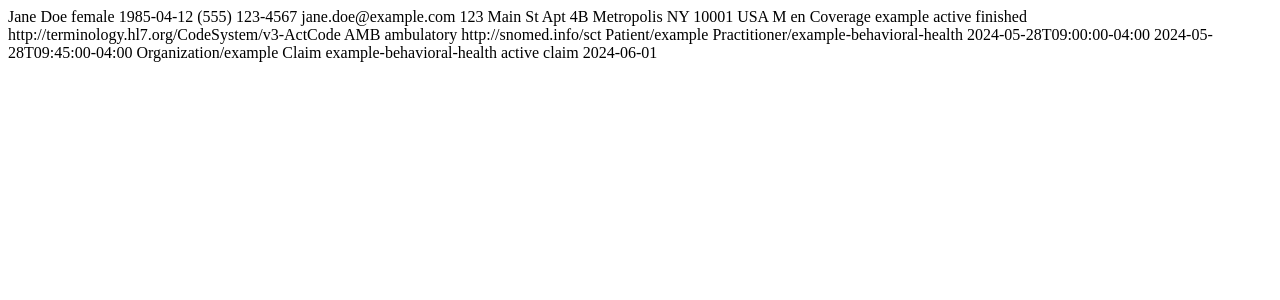
Repository: Laniz/Mapping-project
Page: http://localhost/Best Notes/public/index.php
An editor plug-in stored every save of this project. The page is shown before and after the next save, followed by the edit.
The browser window is 1280 px wide. The pictures show the whole page.
The page is run by PHP 8.4 with error messages shown; the project is at /var/www/html/.

Above is the page before, as saved 2025-06-30 22:40:21.

After the next save:
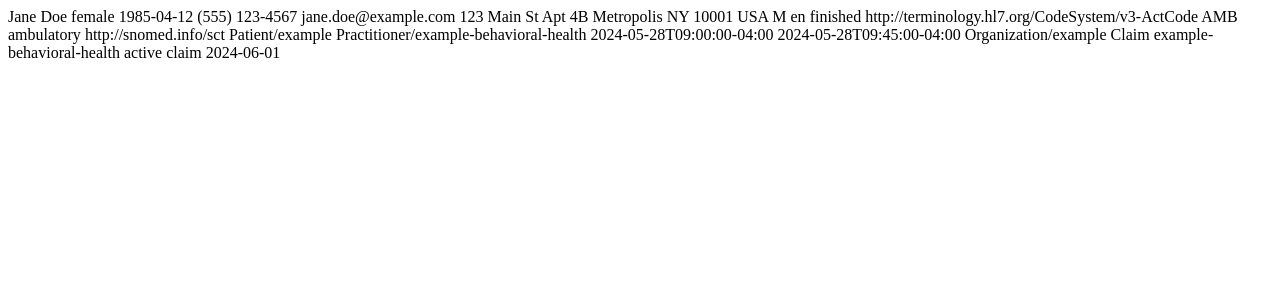
Saved 32 s later.
--- a/Best Notes/public/index.php
+++ b/Best Notes/public/index.php
@@ -3,13 +3,11 @@
 require_once __DIR__ . '/../vendor/autoload.php';
 
 use App\Mapping\PatientMapper;
-use App\Mapping\CoverageMapper;
 use App\Mapping\EncounterMapper;
 use App\Mapping\ClaimMapper;
 
-// Initialize all mappers
+// Initialize only the mappers you’re using
 $patientMapper = new PatientMapper();
-$coverageMapper = new CoverageMapper();
 $encounterMapper = new EncounterMapper();
 $claimMapper = new ClaimMapper();
 
@@ -17,40 +15,31 @@ $claimMapper = new ClaimMapper();
 $doc = new DOMDocument('1.0', 'UTF-8');
 $doc->formatOutput = true;
 
-// Input paths
-$inputPath = __DIR__ . '/../FHIR-Patient-Full.json';
-$inputPath2 = __DIR__ . '/../FHIR-Coverage-example.json';
-$inputPath3 = __DIR__ . '/../Encounter-example.json';
-$inputPath4 = __DIR__ . '/../FHIR-CLAIM.json';
+// Input paths to actual FHIR data (not mapping files)
+$inputPath1 = __DIR__ . '/../FHIR-Patient-Full.json';
+$inputPath2 = __DIR__ . '/../Encounter-example.json';
+$inputPath3 = __DIR__ . '/../FHIR-CLAIM.json';
 
-// Load files
-$json = file_get_contents($inputPath);
-$json2 = file_get_contents($inputPath2);
-$json3 = file_get_contents($inputPath3);
-$json4 = file_get_contents($inputPath4);
-
-// Decode JSON into PHP arrays
-$data = json_decode($json, true);
-$data2 = json_decode($json2, true);
-$data3 = json_decode($json3, true);
-$data4 = json_decode($json4, true);
+// Load and decode FHIR JSON files
+$data1 = json_decode(file_get_contents($inputPath1), true);
+$data2 = json_decode(file_get_contents($inputPath2), true);
+$data3 = json_decode(file_get_contents($inputPath3), true);
 
 // Create root XML element
 $root = $doc->createElement("AllMaps");
 
 // Validate input files
-foreach (['Patient' => $data, 'Coverage' => $data2, 'Encounter' => $data3, 'Claim' => $data4] as $type => $resource) {
+foreach (['Patient' => $data1, 'Encounter' => $data2, 'Claim' => $data3] as $type => $resource) {
     if (!is_array($resource) || !isset($resource['resourceType'])) {
         die("Invalid FHIR input for $type: missing or malformed 'resourceType'\n");
     }
 }
 
-// Map and append all resources
-$root->appendChild($patientMapper->map($data, $doc));
-$root->appendChild($coverageMapper->map($data2, $doc));
-$root->appendChild($encounterMapper->map($data3, $doc));
-$root->appendChild($claimMapper->map($data4, $doc));
+// Map and append all resources using their mappers
+$root->appendChild($patientMapper->map($data1, $doc));
+$root->appendChild($encounterMapper->map($data2, $doc));
+$root->appendChild($claimMapper->map($data3, $doc));
 
-// Output final XML
+// Append and output final XML
 $doc->appendChild($root);
 echo $doc->saveXML();
